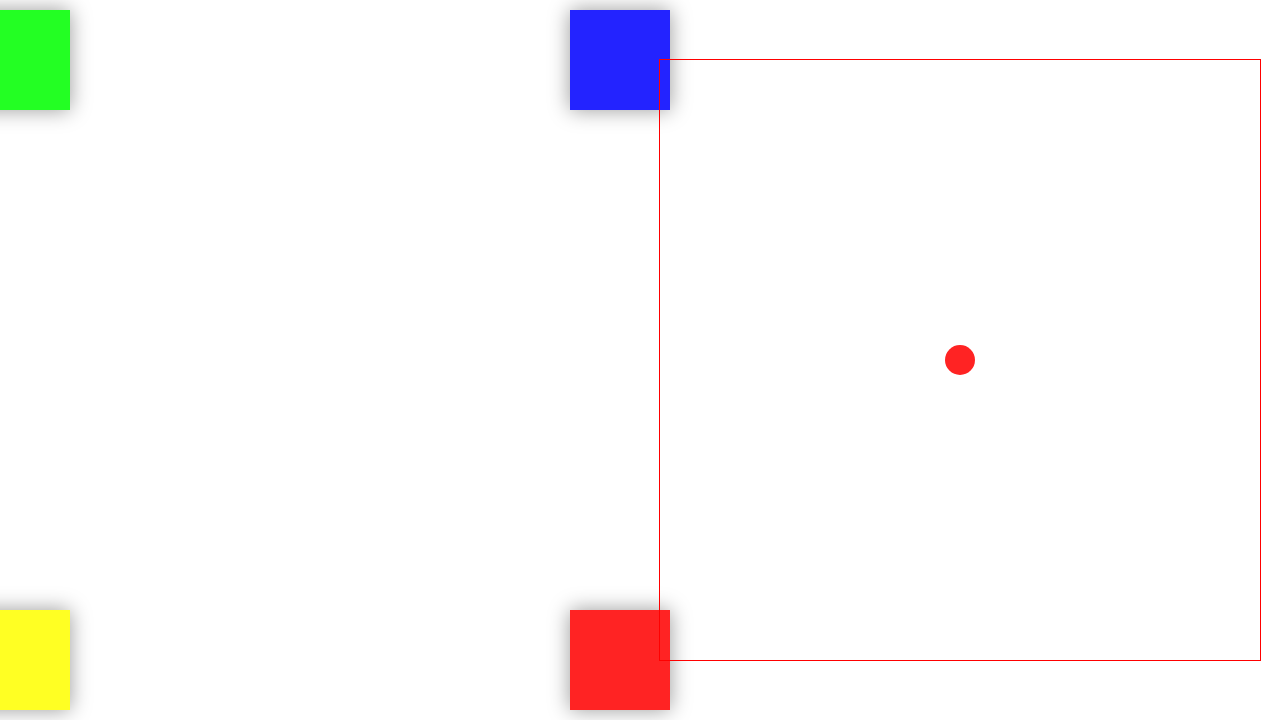
Repository: randgars/game
Page: index.html
The author's editor kept a copy of each file at every save. The page is drawn from the files as they stood at one save, then again after the next save.
The browser window is 1280 px wide. The pictures show the whole page.

Above is the page before, as saved 2017-09-29 16:23:36.

After the next save:
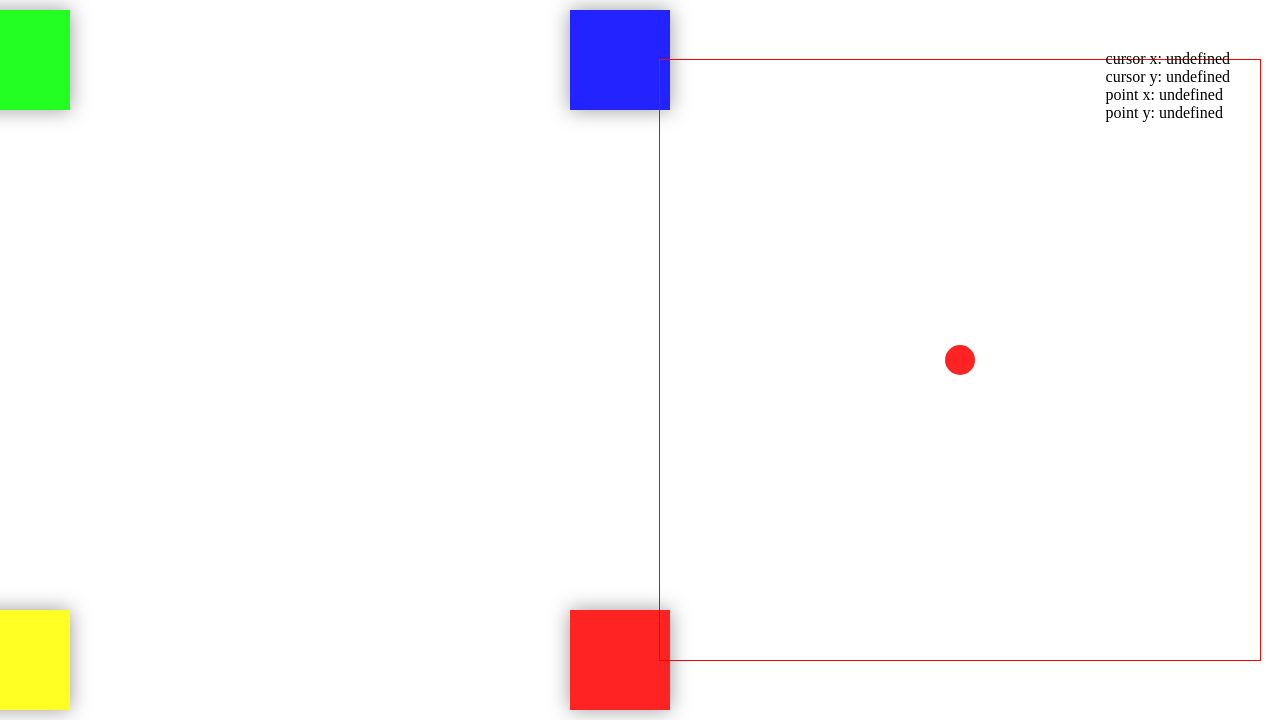
Saved 2 min 13 s later.
--- a/index.js
+++ b/index.js
@@ -2,33 +2,51 @@
 var circle;
 var pointX;
 var pointY;
+var cursorX;
+var cursorY;
+var pointY;
+var pointY;
+var pointY;
+var circleTop;
+var circleLeft;
+var circleBottom;
+var circleRight;
+var value;
+var fieldTop;
+var fieldLeft;
+var fieldBottom;
+var fieldRight;
 
 window.onload = function() {
     elem = document.getElementById("wrapper");
     elem.addEventListener("mousemove", mouseMove, true);
 
     circle = document.getElementById("circle");
+
+    document.getElementById('x').innerHTML="cursor x: " + cursorX;
+    document.getElementById('y').innerHTML="cursor y: " + cursorY;
+    document.getElementById('x2').innerHTML="point x: " + pointX;
+    document.getElementById('y2').innerHTML="point y: " + pointY;
 }
 
 function mouseMove(event) {
-    var circle = document.getElementById("circle");
 
     // cursor coordinates
-    var cursorX = event.clientX - elem.offsetLeft;
-    var cursorY = event.clientY - elem.offsetTop;
+    cursorX = event.clientX - elem.offsetLeft;
+    cursorY = event.clientY - elem.offsetTop;
 
     // circle coordinates
-    var circleTop = circle.offsetTop;
-    var circleLeft = circle.offsetLeft;
-    var circleBottom = circle.offsetTop + circle.clientHeight;
-    var circleRight = circle.offsetLeft + circle.clientWidth;
+    circleTop = circle.offsetTop;
+    circleLeft = circle.offsetLeft;
+    circleBottom = circle.offsetTop + circle.clientHeight;
+    circleRight = circle.offsetLeft + circle.clientWidth;
 
     //protective field coordinates
-    var value = 25;
-    var fieldTop = circleTop - value;
-    var fieldLeft = circleLeft - value;
-    var fieldBottom = circleBottom + value;
-    var fieldRight = circleRight + value;
+    value = 25;
+    fieldTop = circleTop - value;
+    fieldLeft = circleLeft - value;
+    fieldBottom = circleBottom + value;
+    fieldRight = circleRight + value;
 
     // if (x < 0 || x > elem.clientWidth || y < 0 || y > elem.clientHeight) {
     //     circle.style.left = "calc(50% - 25px)";
@@ -45,10 +63,7 @@
         circle.style.left = pointX + "px";
     }
 
-    document.getElementById('x').innerHTML="cursor x: " + cursorX;
-    document.getElementById('y').innerHTML="cursor y: " + cursorY;
-    document.getElementById('x2').innerHTML="point x: " + pointX;
-    document.getElementById('y2').innerHTML="point y: " + pointY;
+
 }
 
 

After the save that followed:
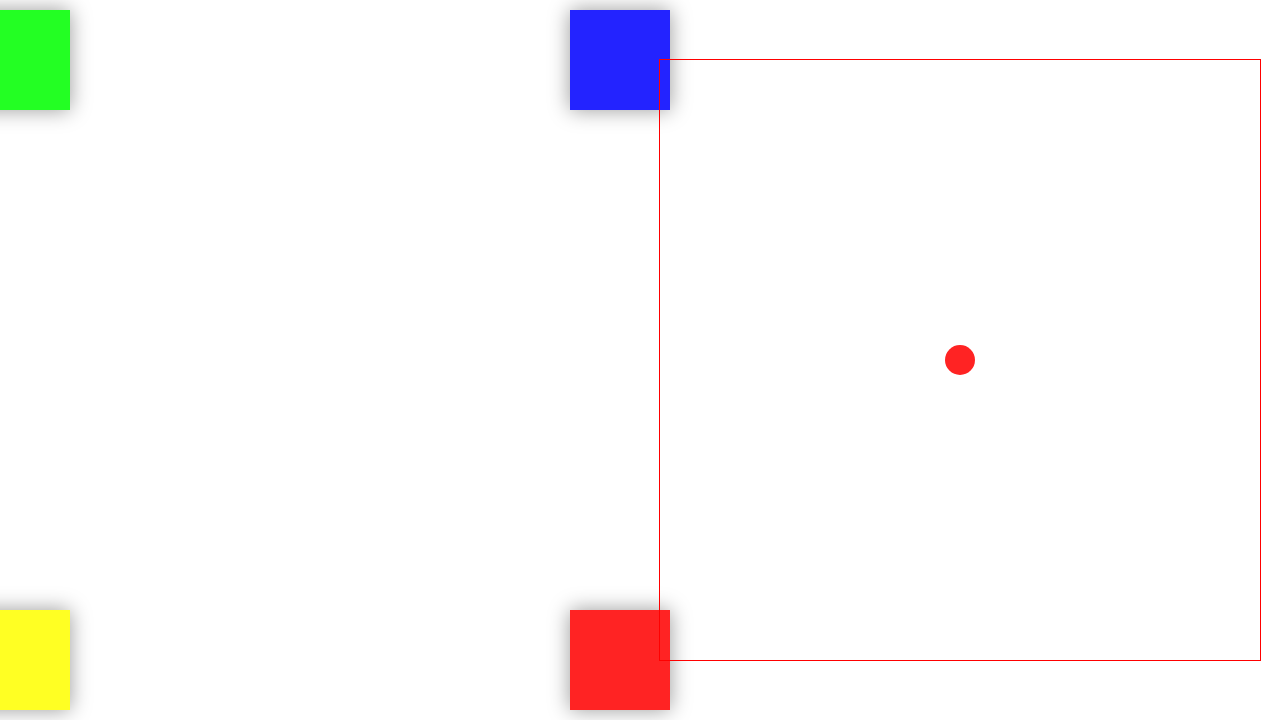
Saved 10 s later.
--- a/index.js
+++ b/index.js
@@ -22,11 +22,6 @@
     elem.addEventListener("mousemove", mouseMove, true);
 
     circle = document.getElementById("circle");
-
-    document.getElementById('x').innerHTML="cursor x: " + cursorX;
-    document.getElementById('y').innerHTML="cursor y: " + cursorY;
-    document.getElementById('x2').innerHTML="point x: " + pointX;
-    document.getElementById('y2').innerHTML="point y: " + pointY;
 }
 
 function mouseMove(event) {
@@ -63,7 +58,10 @@
         circle.style.left = pointX + "px";
     }
 
-
+    document.getElementById('x').innerHTML="cursor x: " + cursorX;
+    document.getElementById('y').innerHTML="cursor y: " + cursorY;
+    document.getElementById('x2').innerHTML="point x: " + pointX;
+    document.getElementById('y2').innerHTML="point y: " + pointY;
 }
 
 
